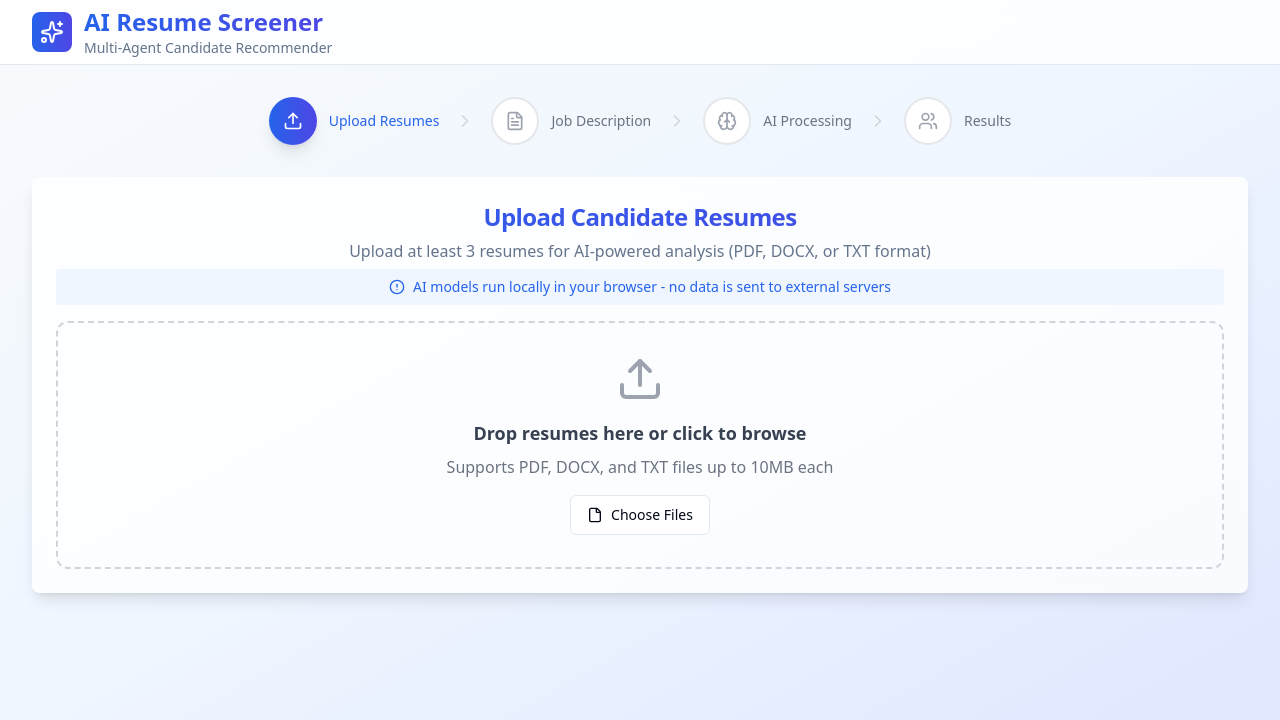
Repository: Krithikeswaran/Hire_Me-AI-Powered-Resume-Analyser
Page: /
The author's editor kept a copy of each file at every save. The page is drawn from the files as they stood at one save, then again after the next save.
The browser window is 1280 px wide. The pictures show the whole page.
The page's requests for data from a server got no answer. The project was rebuilt for these pictures with package versions that can differ from the ones it lists, and the page was loaded fresh each time. No one was signed in, and anything a server would have sent is missing. Also part of the build but not shown: vite.config.ts, src/components/ui/tooltip.tsx, src/components/ui/input.tsx, src/components/ui/label.tsx, src/components/ui/textarea.tsx, src/components/ui/select.tsx, src/components/JobDescriptionForm.tsx, src/components/ui/progress.tsx and 8 more.

Above is the page before, as saved 2025-06-10 10:35:38.

### index.html

<!DOCTYPE html>
<html lang="en">
  <head>
    <meta charset="UTF-8" />
    <meta name="viewport" content="width=device-width, initial-scale=1.0" />
    <title>AI Resume Screener - Multi-Agent Candidate Recommender</title>
    <meta name="description" content="AI-powered multi-agent resume screening and candidate recommendation system" />
    <meta name="author" content="AI Resume Screener" />

    <meta property="og:title" content="AI Resume Screener - Multi-Agent Candidate Recommender" />
    <meta property="og:description" content="AI-powered multi-agent resume screening and candidate recommendation system" />
    <meta property="og:type" content="website" />
    <meta property="og:image" content="https://lovable.dev/opengraph-image-p98pqg.png" />

    <meta name="twitter:card" content="summary_large_image" />
    <meta name="twitter:site" content="@lovable_dev" />
    <meta name="twitter:image" content="https://lovable.dev/opengraph-image-p98pqg.png" />
  </head>

  <body>
    <div id="root"></div>
    <script type="module" src="/src/main.tsx"></script>
  </body>
</html>

### src/components/ui/toaster.tsx
import { useToast } from "@/hooks/use-toast"
import {
  Toast,
  ToastClose,
  ToastDescription,
  ToastProvider,
  ToastTitle,
  ToastViewport,
} from "@/components/ui/toast"

export function Toaster() {
  const { toasts } = useToast()

  return (
    <ToastProvider>
      {toasts.map(function ({ id, title, description, action, ...props }) {
        return (
          <Toast key={id} {...props}>
            <div className="grid gap-1">
              {title && <ToastTitle>{title}</ToastTitle>}
              {description && (
                <ToastDescription>{description}</ToastDescription>
              )}
            </div>
            {action}
            <ToastClose />
          </Toast>
        )
      })}
      <ToastViewport />
    </ToastProvider>
  )
}

### src/components/ui/sonner.tsx
import { useTheme } from "next-themes"
import { Toaster as Sonner, toast } from "sonner"

type ToasterProps = React.ComponentProps<typeof Sonner>

const Toaster = ({ ...props }: ToasterProps) => {
  const { theme = "system" } = useTheme()

  return (
    <Sonner
      theme={theme as ToasterProps["theme"]}
      className="toaster group"
      toastOptions={{
        classNames: {
          toast:
            "group toast group-[.toaster]:bg-background group-[.toaster]:text-foreground group-[.toaster]:border-border group-[.toaster]:shadow-lg",
          description: "group-[.toast]:text-muted-foreground",
          actionButton:
            "group-[.toast]:bg-primary group-[.toast]:text-primary-foreground",
          cancelButton:
            "group-[.toast]:bg-muted group-[.toast]:text-muted-foreground",
        },
      }}
      {...props}
    />
  )
}

export { Toaster, toast }

### src/pages/Index.tsx

import React, { useState } from 'react';
import { Card, CardContent, CardHeader, CardTitle } from "@/components/ui/card";
import { Button } from "@/components/ui/button";
import { Upload, FileText, Brain, Users, ChevronRight, Download, Sparkles } from "lucide-react";
import { toast } from "@/hooks/use-toast";
import ResumeUpload from "@/components/ResumeUpload";
import JobDescriptionForm from "@/components/JobDescriptionForm";
import AgentProcessor from "@/components/AgentProcessor";
import ResultsDashboard from "@/components/ResultsDashboard";

const Index = () => {
  const [currentStep, setCurrentStep] = useState(1);
  const [resumes, setResumes] = useState([]);
  const [jobDescription, setJobDescription] = useState(null);
  const [processingResults, setProcessingResults] = useState(null);
  const [isProcessing, setIsProcessing] = useState(false);

  const steps = [
    { id: 1, title: "Upload Resumes", icon: Upload },
    { id: 2, title: "Job Description", icon: FileText },
    { id: 3, title: "AI Processing", icon: Brain },
    { id: 4, title: "Results", icon: Users }
  ];

  const handleResumeUpload = (uploadedResumes) => {
    setResumes(uploadedResumes);
    toast({
      title: "Resumes Uploaded Successfully",
      description: `${uploadedResumes.length} resumes ready for processing.`,
    });
  };

  const handleJobDescriptionSubmit = (jd) => {
    setJobDescription(jd);
    setCurrentStep(3);
    toast({
      title: "Job Description Saved",
      description: "Ready to start AI analysis.",
    });
  };

  const handleProcessingComplete = (results) => {
    setProcessingResults(results);
    setCurrentStep(4);
    setIsProcessing(false);
    toast({
      title: "Analysis Complete",
      description: "Top candidates identified successfully!",
    });
  };

  const resetProcess = () => {
    setCurrentStep(1);
    setResumes([]);
    setJobDescription(null);
    setProcessingResults(null);
    setIsProcessing(false);
  };

  return (
    <div className="min-h-screen bg-gradient-to-br from-slate-50 via-blue-50 to-indigo-100">
      {/* Header */}
      <header className="border-b bg-white/80 backdrop-blur-sm sticky top-0 z-50">
        <div className="max-w-7xl mx-auto px-4 sm:px-6 lg:px-8">
          <div className="flex items-center justify-between h-16">
            <div className="flex items-center space-x-3">
              <div className="w-10 h-10 bg-gradient-to-r from-blue-600 to-indigo-600 rounded-lg flex items-center justify-center">
                <Sparkles className="w-6 h-6 text-white" />
              </div>
              <div>
                <h1 className="text-2xl font-bold bg-gradient-to-r from-blue-600 to-indigo-600 bg-clip-text text-transparent">
                  AI Resume Screener
                </h1>
                <p className="text-sm text-muted-foreground">Multi-Agent Candidate Recommender</p>
              </div>
            </div>
            {processingResults && (
              <Button onClick={resetProcess} variant="outline" className="gap-2">
                <Upload className="w-4 h-4" />
                New Analysis
              </Button>
            )}
          </div>
        </div>
      </header>

      {/* Progress Steps */}
      <div className="max-w-7xl mx-auto px-4 sm:px-6 lg:px-8 py-8">
        <div className="flex items-center justify-center mb-8">
          {steps.map((step, index) => (
            <div key={step.id} className="flex items-center">
              <div className="flex items-center">
                <div className={`
                  flex items-center justify-center w-12 h-12 rounded-full transition-all duration-300
                  ${currentStep >= step.id
                    ? 'bg-gradient-to-r from-blue-600 to-indigo-600 text-white shadow-lg'
                    : 'bg-white border-2 border-gray-200 text-gray-400'
                  }
                `}>
                  <step.icon className="w-5 h-5" />
                </div>
                <div className="ml-3 text-sm font-medium">
                  <div className={currentStep >= step.id ? 'text-blue-600' : 'text-gray-500'}>
                    {step.title}
                  </div>
                </div>
              </div>
              {index < steps.length - 1 && (
                <ChevronRight className={`w-5 h-5 mx-4 ${
                  currentStep > step.id ? 'text-blue-600' : 'text-gray-300'
                }`} />
              )}
            </div>
          ))}
        </div>

        {/* Main Content */}
        <div className="space-y-6">
          {currentStep === 1 && (
            <ResumeUpload
              onUpload={handleResumeUpload}
              onNext={() => resumes.length > 0 && setCurrentStep(2)}
              resumes={resumes}
            />
          )}

          {currentStep === 2 && (
            <JobDescriptionForm
              onSubmit={handleJobDescriptionSubmit}
              onBack={() => setCurrentStep(1)}
            />
          )}

          {currentStep === 3 && (
            <AgentProcessor
              resumes={resumes}
              jobDescription={jobDescription}
              onComplete={handleProcessingComplete}
              isProcessing={isProcessing}
              setIsProcessing={setIsProcessing}
            />
          )}

          {currentStep === 4 && processingResults && (
            <ResultsDashboard
              results={processingResults}
              jobDescription={jobDescription}
              onBack={() => setCurrentStep(3)}
            />
          )}
        </div>
      </div>
    </div>
  );
};

export default Index;

### src/components/ui/toast.tsx
import * as React from "react"
import * as ToastPrimitives from "@radix-ui/react-toast"
import { cva, type VariantProps } from "class-variance-authority"
import { X } from "lucide-react"

import { cn } from "@/lib/utils"

const ToastProvider = ToastPrimitives.Provider

const ToastViewport = React.forwardRef<
  React.ElementRef<typeof ToastPrimitives.Viewport>,
  React.ComponentPropsWithoutRef<typeof ToastPrimitives.Viewport>
>(({ className, ...props }, ref) => (
  <ToastPrimitives.Viewport
    ref={ref}
    className={cn(
      "fixed top-0 z-[100] flex max-h-screen w-full flex-col-reverse p-4 sm:bottom-0 sm:right-0 sm:top-auto sm:flex-col md:max-w-[420px]",
      className
    )}
    {...props}
  />
))
ToastViewport.displayName = ToastPrimitives.Viewport.displayName

const toastVariants = cva(
  "group pointer-events-auto relative flex w-full items-center justify-between space-x-4 overflow-hidden rounded-md border p-6 pr-8 shadow-lg transition-all data-[swipe=cancel]:translate-x-0 data-[swipe=end]:translate-x-[var(--radix-toast-swipe-end-x)] data-[swipe=move]:translate-x-[var(--radix-toast-swipe-move-x)] data-[swipe=move]:transition-none data-[state=open]:animate-in data-[state=closed]:animate-out data-[swipe=end]:animate-out data-[state=closed]:fade-out-80 data-[state=closed]:slide-out-to-right-full data-[state=open]:slide-in-from-top-full data-[state=open]:sm:slide-in-from-bottom-full",
  {
    variants: {
      variant: {
        default: "border bg-background text-foreground",
        destructive:
          "destructive group border-destructive bg-destructive text-destructive-foreground",
      },
    },
    defaultVariants: {
      variant: "default",
    },
  }
)

const Toast = React.forwardRef<
  React.ElementRef<typeof ToastPrimitives.Root>,
  React.ComponentPropsWithoutRef<typeof ToastPrimitives.Root> &
    VariantProps<typeof toastVariants>
>(({ className, variant, ...props }, ref) => {
  return (
    <ToastPrimitives.Root
      ref={ref}
      className={cn(toastVariants({ variant }), className)}
      {...props}
    />
  )
})
Toast.displayName = ToastPrimitives.Root.displayName

const ToastAction = React.forwardRef<
  React.ElementRef<typeof ToastPrimitives.Action>,
  React.ComponentPropsWithoutRef<typeof ToastPrimitives.Action>
>(({ className, ...props }, ref) => (
  <ToastPrimitives.Action
    ref={ref}
    className={cn(
      "inline-flex h-8 shrink-0 items-center justify-center rounded-md border bg-transparent px-3 text-sm font-medium ring-offset-background transition-colors hover:bg-secondary focus:outline-none focus:ring-2 focus:ring-ring focus:ring-offset-2 disabled:pointer-events-none disabled:opacity-50 group-[.destructive]:border-muted/40 group-[.destructive]:hover:border-destructive/30 group-[.destructive]:hover:bg-destructive group-[.destructive]:hover:text-destructive-foreground group-[.destructive]:focus:ring-destructive",
      className
    )}
    {...props}
  />
))
ToastAction.displayName = ToastPrimitives.Action.displayName

const ToastClose = React.forwardRef<
  React.ElementRef<typeof ToastPrimitives.Close>,
  React.ComponentPropsWithoutRef<typeof ToastPrimitives.Close>
>(({ className, ...props }, ref) => (
  <ToastPrimitives.Close
    ref={ref}
    className={cn(
      "absolute right-2 top-2 rounded-md p-1 text-foreground/50 opacity-0 transition-opacity hover:text-foreground focus:opacity-100 focus:outline-none focus:ring-2 group-hover:opacity-100 group-[.destructive]:text-red-300 group-[.destructive]:hover:text-red-50 group-[.destructive]:focus:ring-red-400 group-[.destructive]:focus:ring-offset-red-600",
      className
    )}
    toast-close=""
    {...props}
  >
    <X className="h-4 w-4" />
  </ToastPrimitives.Close>
))
ToastClose.displayName = ToastPrimitives.Close.displayName

const ToastTitle = React.forwardRef<
  React.ElementRef<typeof ToastPrimitives.Title>,
  React.ComponentPropsWithoutRef<typeof ToastPrimitives.Title>
>(({ className, ...props }, ref) => (
  <ToastPrimitives.Title
    ref={ref}
    className={cn("text-sm font-semibold", className)}
    {...props}
  />
))
ToastTitle.displayName = ToastPrimitives.Title.displayName

const ToastDescription = React.forwardRef<
  React.ElementRef<typeof ToastPrimitives.Description>,
  React.ComponentPropsWithoutRef<typeof ToastPrimitives.Description>
>(({ className, ...props }, ref) => (
  <ToastPrimitives.Description
    ref={ref}
    className={cn("text-sm opacity-90", className)}
    {...props}
  />
))
ToastDescription.displayName = ToastPrimitives.Description.displayName

type ToastProps = React.ComponentPropsWithoutRef<typeof Toast>

type ToastActionElement = React.ReactElement<typeof ToastAction>

export {
  type ToastProps,
  type ToastActionElement,
  ToastProvider,
  ToastViewport,
  Toast,
  ToastTitle,
  ToastDescription,
  ToastClose,
  ToastAction,
}

### src/components/ui/button.tsx
import * as React from "react"
import { Slot } from "@radix-ui/react-slot"
import { cva, type VariantProps } from "class-variance-authority"

import { cn } from "@/lib/utils"

const buttonVariants = cva(
  "inline-flex items-center justify-center gap-2 whitespace-nowrap rounded-md text-sm font-medium ring-offset-background transition-colors focus-visible:outline-none focus-visible:ring-2 focus-visible:ring-ring focus-visible:ring-offset-2 disabled:pointer-events-none disabled:opacity-50 [&_svg]:pointer-events-none [&_svg]:size-4 [&_svg]:shrink-0",
  {
    variants: {
      variant: {
        default: "bg-primary text-primary-foreground hover:bg-primary/90",
        destructive:
          "bg-destructive text-destructive-foreground hover:bg-destructive/90",
        outline:
          "border border-input bg-background hover:bg-accent hover:text-accent-foreground",
        secondary:
          "bg-secondary text-secondary-foreground hover:bg-secondary/80",
        ghost: "hover:bg-accent hover:text-accent-foreground",
        link: "text-primary underline-offset-4 hover:underline",
      },
      size: {
        default: "h-10 px-4 py-2",
        sm: "h-9 rounded-md px-3",
        lg: "h-11 rounded-md px-8",
        icon: "h-10 w-10",
      },
    },
    defaultVariants: {
      variant: "default",
      size: "default",
    },
  }
)

export interface ButtonProps
  extends React.ButtonHTMLAttributes<HTMLButtonElement>,
    VariantProps<typeof buttonVariants> {
  asChild?: boolean
}

const Button = React.forwardRef<HTMLButtonElement, ButtonProps>(
  ({ className, variant, size, asChild = false, ...props }, ref) => {
    const Comp = asChild ? Slot : "button"
    return (
      <Comp
        className={cn(buttonVariants({ variant, size, className }))}
        ref={ref}
        {...props}
      />
    )
  }
)
Button.displayName = "Button"

export { Button, buttonVariants }

### src/components/ResumeUpload.tsx

import React, { useCallback, useState } from 'react';
import { Card, CardContent, CardHeader, CardTitle } from "@/components/ui/card";
import { Button } from "@/components/ui/button";
import { Upload, File, X, FileText, Users, ChevronRight, AlertCircle } from "lucide-react";
import { toast } from "@/hooks/use-toast";

const ResumeUpload = ({ onUpload, onNext, resumes }) => {
  const [dragActive, setDragActive] = useState(false);

  const handleDrag = useCallback((e) => {
    e.preventDefault();
    e.stopPropagation();
    if (e.type === "dragenter" || e.type === "dragover") {
      setDragActive(true);
    } else if (e.type === "dragleave") {
      setDragActive(false);
    }
  }, []);

  const handleDrop = useCallback((e) => {
    e.preventDefault();
    e.stopPropagation();
    setDragActive(false);

    const files = Array.from(e.dataTransfer.files);
    handleFiles(files);
  }, []);

  const handleFileInput = (e) => {
    const files = Array.from(e.target.files);
    handleFiles(files);
  };

  const handleFiles = (files) => {
    const validFiles = files.filter(file =>
      file.type === 'application/pdf' ||
      file.type === 'application/vnd.openxmlformats-officedocument.wordprocessingml.document' ||
      file.type === 'application/msword' ||
      file.type === 'text/plain' ||
      file.name.endsWith('.txt')
    );

    if (validFiles.length !== files.length) {
      toast({
        title: "Invalid Files",
        description: "Only PDF, DOCX, and TXT files are supported for AI analysis.",
        variant: "destructive"
      });
    }

    if (validFiles.length > 0) {
      const resumeObjects = validFiles.map((file, index) => ({
        id: `resume_${Date.now()}_${index}`,
        name: file.name,
        size: file.size,
        file: file,
        uploadedAt: new Date()
      }));

      onUpload([...resumes, ...resumeObjects]);

      if (validFiles.length > 0) {
        toast({
          title: "Files Ready for AI Analysis",
          description: `${validFiles.length} resume(s) uploaded successfully and ready for AI processing.`,
        });
      }
    }
  };

  const removeResume = (id) => {
    const updatedResumes = resumes.filter(resume => resume.id !== id);
    onUpload(updatedResumes);
  };

  const formatFileSize = (bytes) => {
    if (bytes === 0) return '0 Bytes';
    const k = 1024;
    const sizes = ['Bytes', 'KB', 'MB'];
    const i = Math.floor(Math.log(bytes) / Math.log(k));
    return parseFloat((bytes / Math.pow(k, i)).toFixed(1)) + ' ' + sizes[i];
  };

  return (
    <div className="space-y-6">
      <Card className="border-0 shadow-lg bg-white/80 backdrop-blur-sm">
        <CardHeader className="text-center pb-4">
          <CardTitle className="text-2xl font-bold bg-gradient-to-r from-blue-600 to-indigo-600 bg-clip-text text-transparent">
            Upload Candidate Resumes
          </CardTitle>
          <p className="text-muted-foreground">
            Upload at least 3 resumes for AI-powered analysis (PDF, DOCX, or TXT format)
          </p>
          <div className="flex items-center justify-center gap-2 text-sm text-blue-600 bg-blue-50 p-2 rounded mt-2">
            <AlertCircle className="w-4 h-4" />
            AI models run locally in your browser - no data is sent to external servers
          </div>
        </CardHeader>
        <CardContent>
          <div
            className={`
              border-2 border-dashed rounded-xl p-8 text-center transition-all duration-300
              ${dragActive
                ? 'border-blue-500 bg-blue-50'
                : 'border-gray-300 hover:border-blue-400 hover:bg-gray-50'
              }
            `}
            onDragEnter={handleDrag}
            onDragLeave={handleDrag}
            onDragOver={handleDrag}
            onDrop={handleDrop}
          >
            <Upload className="w-12 h-12 text-gray-400 mx-auto mb-4" />
            <h3 className="text-lg font-semibold text-gray-700 mb-2">
              Drop resumes here or click to browse
            </h3>
            <p className="text-gray-500 mb-4">
              Supports PDF, DOCX, and TXT files up to 10MB each
            </p>
            <input
              type="file"
              multiple
              accept=".pdf,.docx,.doc,.txt"
              onChange={handleFileInput}
              className="hidden"
              id="file-upload"
            />
            <Button
              variant="outline"
              onClick={() => document.getElementById('file-upload').click()}
              className="gap-2"
            >
              <File className="w-4 h-4" />
              Choose Files
            </Button>
          </div>

          {resumes.length > 0 && (
            <div className="mt-6">
              <div className="flex items-center justify-between mb-4">
                <h4 className="font-semibold text-gray-700 flex items-center gap-2">
                  <FileText className="w-5 h-5" />
                  Uploaded Resumes ({resumes.length})
                </h4>
                <div className="text-sm text-muted-foreground">
                  {resumes.length >= 3 ? "Ready for AI analysis" : `Need ${3 - resumes.length} more`}
                </div>
              </div>

              <div className="grid gap-3 max-h-64 overflow-y-auto">
                {resumes.map((resume) => (
                  <div
                    key={resume.id}
                    className="flex items-center justify-between p-3 bg-gray-50 rounded-lg border hover:bg-gray-100 transition-colors"
                  >
                    <div className="flex items-center gap-3">
                      <FileText className="w-5 h-5 text-blue-600" />
                      <div>
                        <p className="font-medium text-gray-700 truncate max-w-xs">
                          {resume.name}
                        </p>
                        <p className="text-sm text-gray-500">
                          {formatFileSize(resume.size)}
                        </p>
                      </div>
                    </div>
                    <Button
                      variant="ghost"
                      size="sm"
                      onClick={() => removeResume(resume.id)}
                      className="text-red-500 hover:text-red-700 hover:bg-red-50"
                    >
                      <X className="w-4 h-4" />
                    </Button>
                  </div>
                ))}
              </div>
            </div>
          )}

          {resumes.length >= 3 && (
            <div className="mt-6 pt-4 border-t">
              <Button
                onClick={onNext}
                className="w-full gap-2 bg-gradient-to-r from-blue-600 to-indigo-600 hover:from-blue-700 hover:to-indigo-700"
              >
                <Users className="w-4 h-4" />
                Proceed to Job Description
                <ChevronRight className="w-4 h-4" />
              </Button>
            </div>
          )}
        </CardContent>
      </Card>
    </div>
  );
};

export default ResumeUpload;

### src/components/ui/card.tsx
import * as React from "react"

import { cn } from "@/lib/utils"

const Card = React.forwardRef<
  HTMLDivElement,
  React.HTMLAttributes<HTMLDivElement>
>(({ className, ...props }, ref) => (
  <div
    ref={ref}
    className={cn(
      "rounded-lg border bg-card text-card-foreground shadow-sm",
      className
    )}
    {...props}
  />
))
Card.displayName = "Card"

const CardHeader = React.forwardRef<
  HTMLDivElement,
  React.HTMLAttributes<HTMLDivElement>
>(({ className, ...props }, ref) => (
  <div
    ref={ref}
    className={cn("flex flex-col space-y-1.5 p-6", className)}
    {...props}
  />
))
CardHeader.displayName = "CardHeader"

const CardTitle = React.forwardRef<
  HTMLParagraphElement,
  React.HTMLAttributes<HTMLHeadingElement>
>(({ className, ...props }, ref) => (
  <h3
    ref={ref}
    className={cn(
      "text-2xl font-semibold leading-none tracking-tight",
      className
    )}
    {...props}
  />
))
CardTitle.displayName = "CardTitle"

const CardDescription = React.forwardRef<
  HTMLParagraphElement,
  React.HTMLAttributes<HTMLParagraphElement>
>(({ className, ...props }, ref) => (
  <p
    ref={ref}
    className={cn("text-sm text-muted-foreground", className)}
    {...props}
  />
))
CardDescription.displayName = "CardDescription"

const CardContent = React.forwardRef<
  HTMLDivElement,
  React.HTMLAttributes<HTMLDivElement>
>(({ className, ...props }, ref) => (
  <div ref={ref} className={cn("p-6 pt-0", className)} {...props} />
))
CardContent.displayName = "CardContent"

const CardFooter = React.forwardRef<
  HTMLDivElement,
  React.HTMLAttributes<HTMLDivElement>
>(({ className, ...props }, ref) => (
  <div
    ref={ref}
    className={cn("flex items-center p-6 pt-0", className)}
    {...props}
  />
))
CardFooter.displayName = "CardFooter"

export { Card, CardHeader, CardFooter, CardTitle, CardDescription, CardContent }

Loaded but not shown: src/main.tsx (common file); src/App.tsx (common file); src/index.css (common file); src/hooks/use-toast.ts (common file); src/lib/utils.ts (common file); tailwind.config.ts (common file)

After the next save:
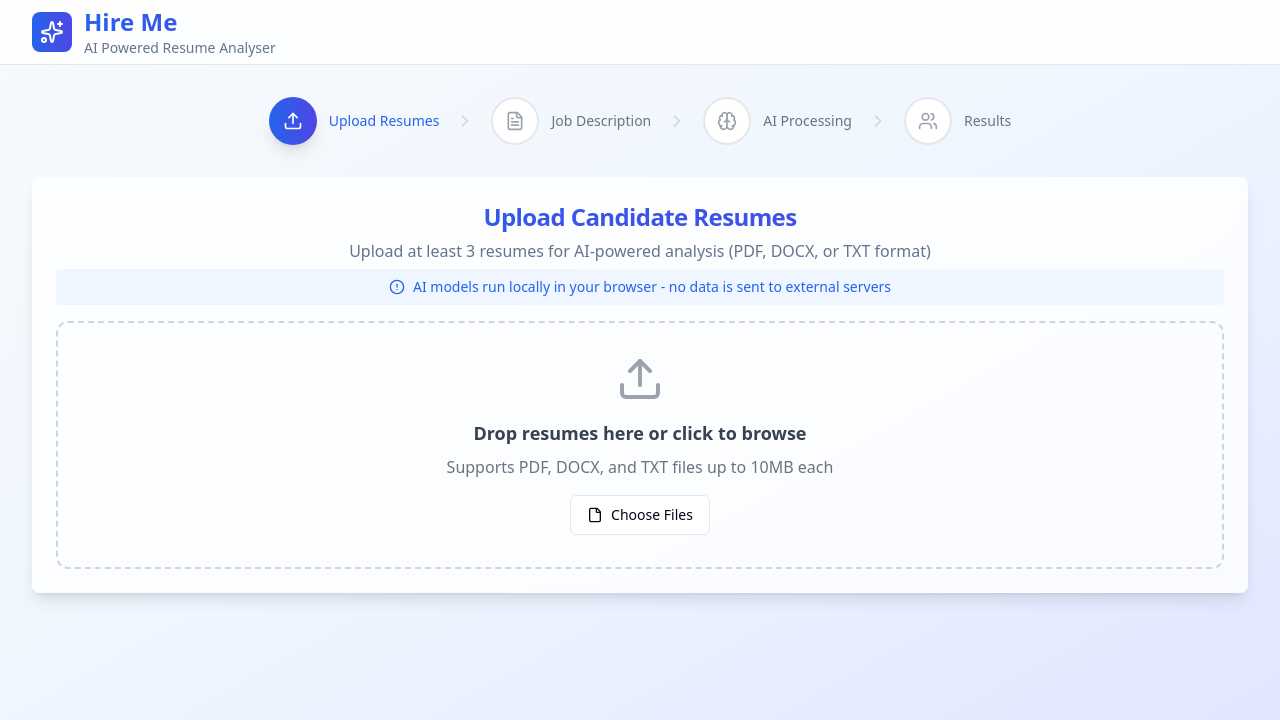
Saved 7 min 58 s later.
--- a/src/pages/Index.tsx
+++ b/src/pages/Index.tsx
@@ -70,9 +70,9 @@ const Index = () => {
               </div>
               <div>
                 <h1 className="text-2xl font-bold bg-gradient-to-r from-blue-600 to-indigo-600 bg-clip-text text-transparent">
-                  AI Resume Screener
+                  Hire Me
                 </h1>
-                <p className="text-sm text-muted-foreground">Multi-Agent Candidate Recommender</p>
+                <p className="text-sm text-muted-foreground">AI Powered Resume Analyser</p>
               </div>
             </div>
             {processingResults && (
